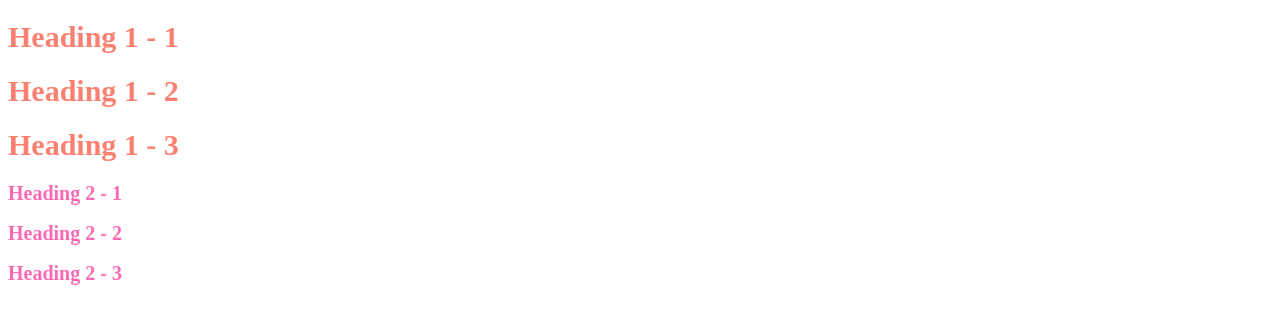
Repository: alcarrizo/Cartoon-Hero
Page: style-test.html
These files come from the project's save history. The page is drawn as it stood at one moment and after the next save; the edit follows.
The browser window is 1280 px wide. The pictures show the whole page.

Above is the page before, as saved 2022-10-03 14:15:32.

After the next save:
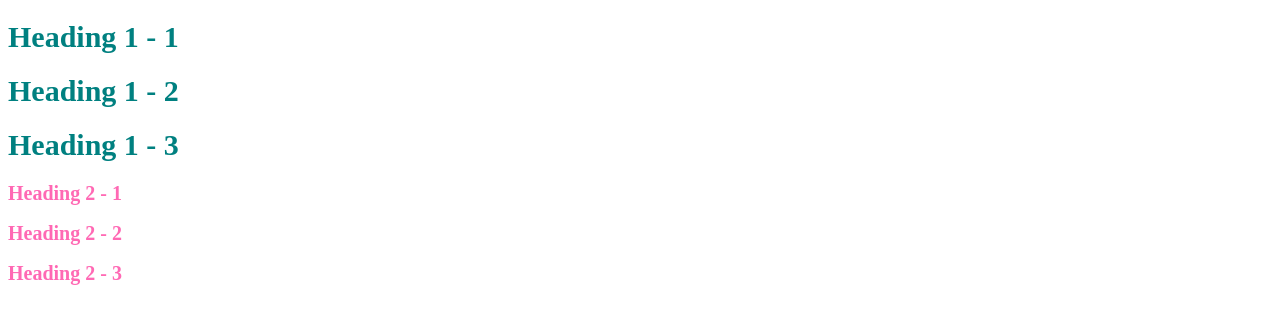
Saved 27 s later.
--- a/style-test.html
+++ b/style-test.html
@@ -8,7 +8,7 @@
     <style type="text/css">
         h1{
             font-size: 30px;
-            color:salmon;
+            color:teal;
         }
         h2{
             font-size: 20px;
